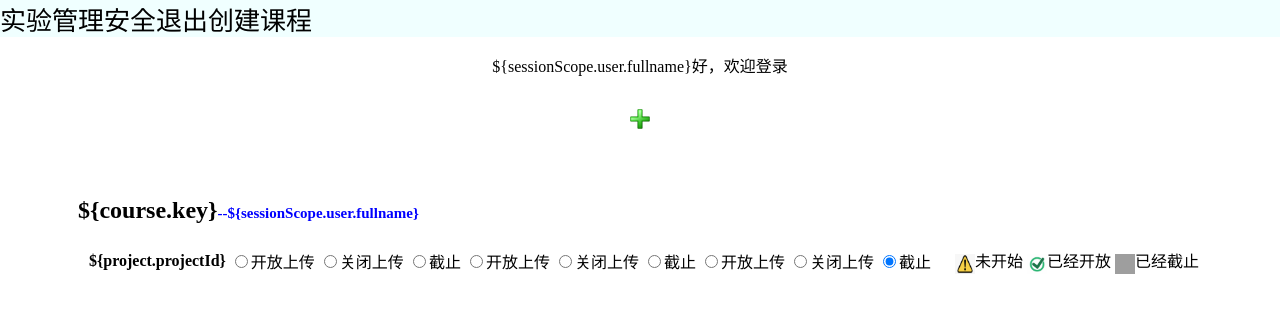
Repository: IAmJiangWenHao/ReportServer
Page: web/demo.html
The author's editor kept a copy of each file at every save. The page is drawn from the files as they stood at one save, then again after the next save.
The browser window is 1280 px wide. The pictures show the whole page.
Pictures or frames that could not be fetched are drawn as grey boxes.

Above is the page before, as saved 2023-05-19 17:59:23.
Console error: ReferenceError: requests is not defined

After the next save:
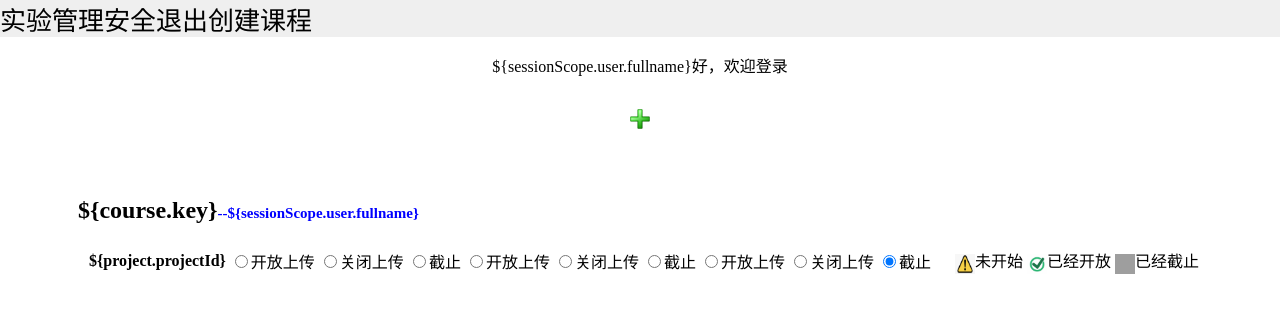
Saved 10 s later.
--- a/web/demo.html
+++ b/web/demo.html
@@ -199,7 +199,7 @@
        };
     </script>
     <div >
-      <div style="display:flex;font-size: 26px; background-color: azure;"><div color="black"> 实验管理</div>
+      <div style="display:flex;font-size: 26px; background-color: buttonface;"><div color="black"> 实验管理</div>
         <div ><a style="color: black;text-decoration:none;" href="exit.jsp">安全退出</a></div>
         <div onclick="createCourse()">创建课程</div>
       </div>
